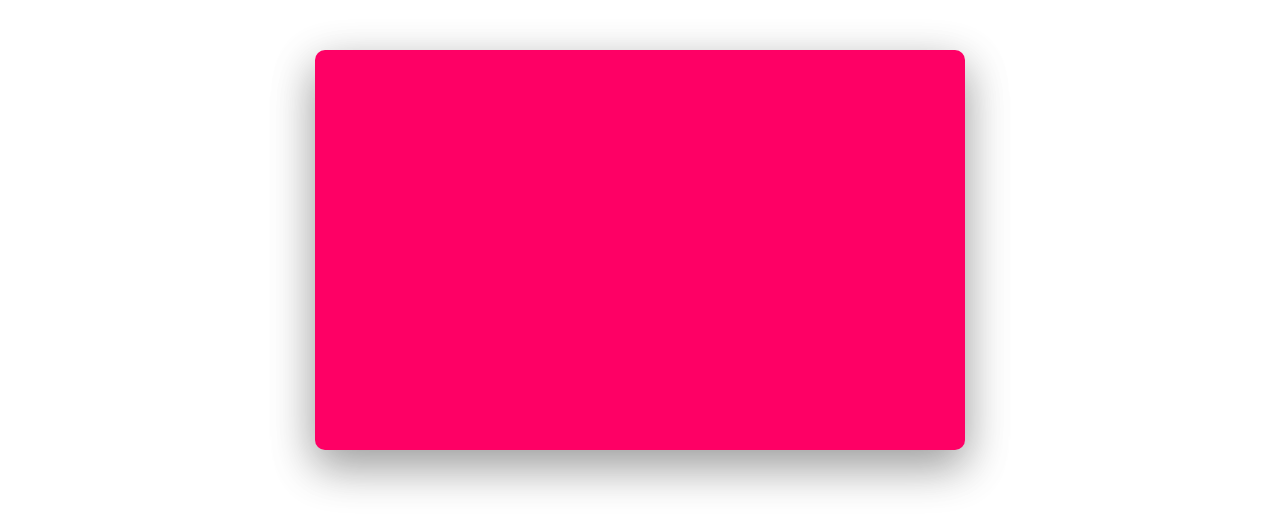
Repository: Zolds403/pokedex
Page: /
These files come from the project's save history. The page is drawn as it stood at one moment and after the next save; the edit follows.
The browser window is 1280 px wide. The pictures show the whole page.
The project was rebuilt for these pictures with package versions that can differ from the ones it lists, and the page was loaded fresh each time.

Above is the page before, as saved 2021-06-30 13:57:19.

After the next save:
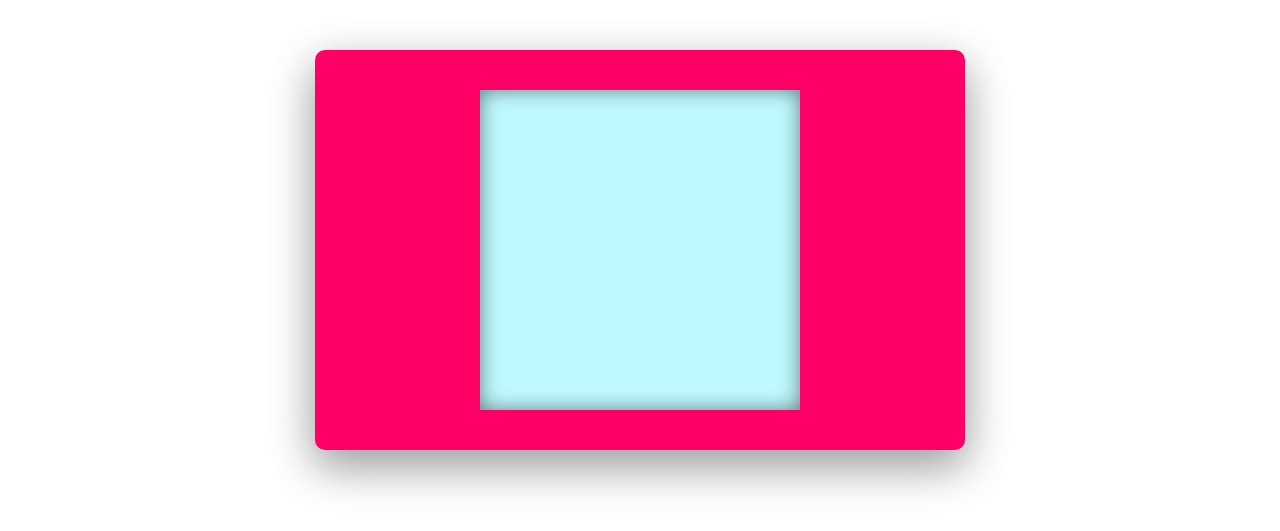
Saved 43 s later.
--- a/src/components/App.js
+++ b/src/components/App.js
@@ -10,7 +10,7 @@
   render() {
     return (
       <div className="App">
-
+        <PokeList />
       </div>
     );
   }
